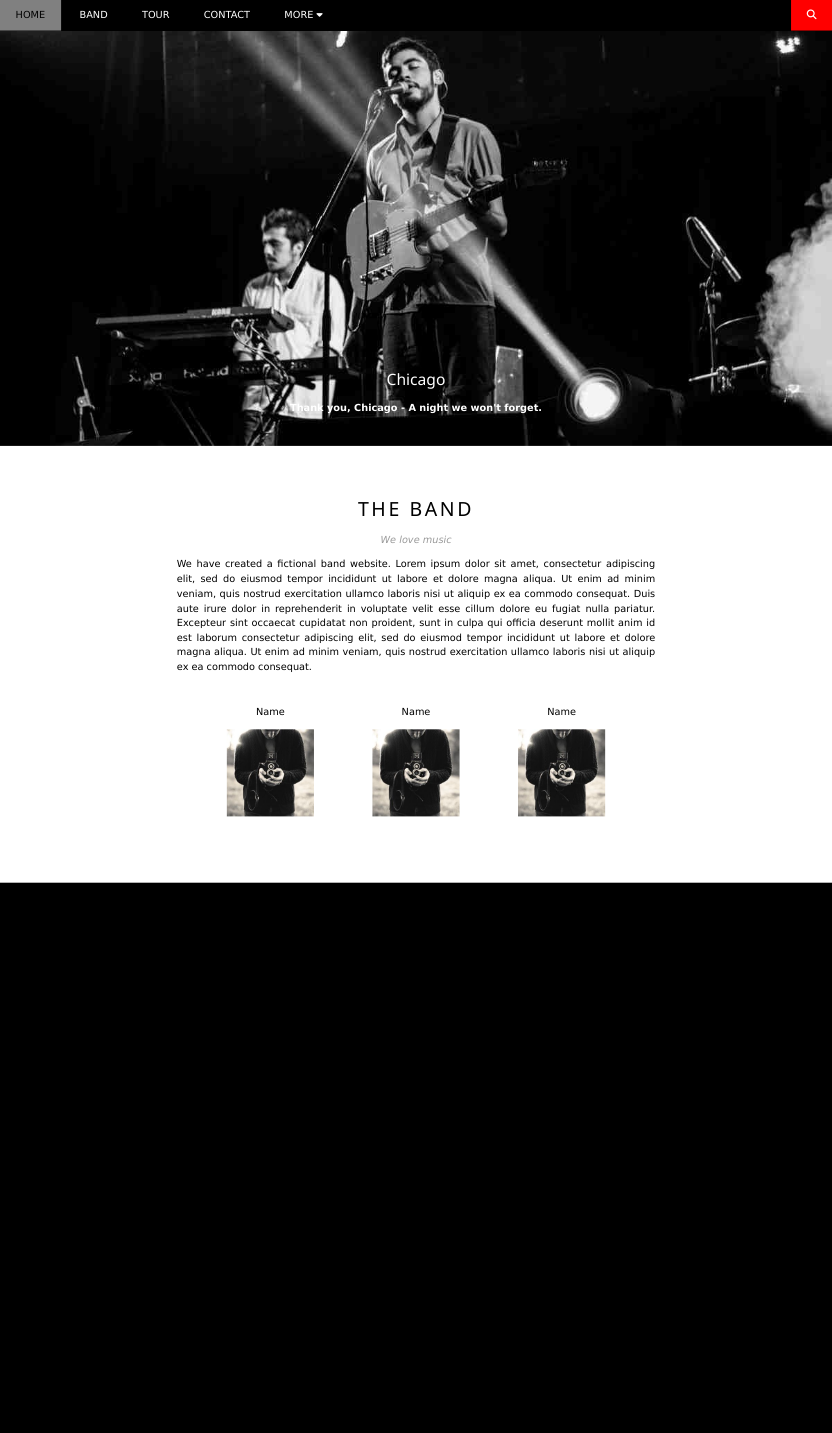
Repository: ngotranphuongbao/theband
Page: index.html
An editor plug-in stored every save of this project. The page is shown before and after the next save, followed by the edit.
The browser window is 1280 px wide. The pictures show the whole page, at 65% of full size.
Some web libraries are served in a nearby version.

Above is the page before, as saved 2022-12-22 02:15:01.

After the next save:
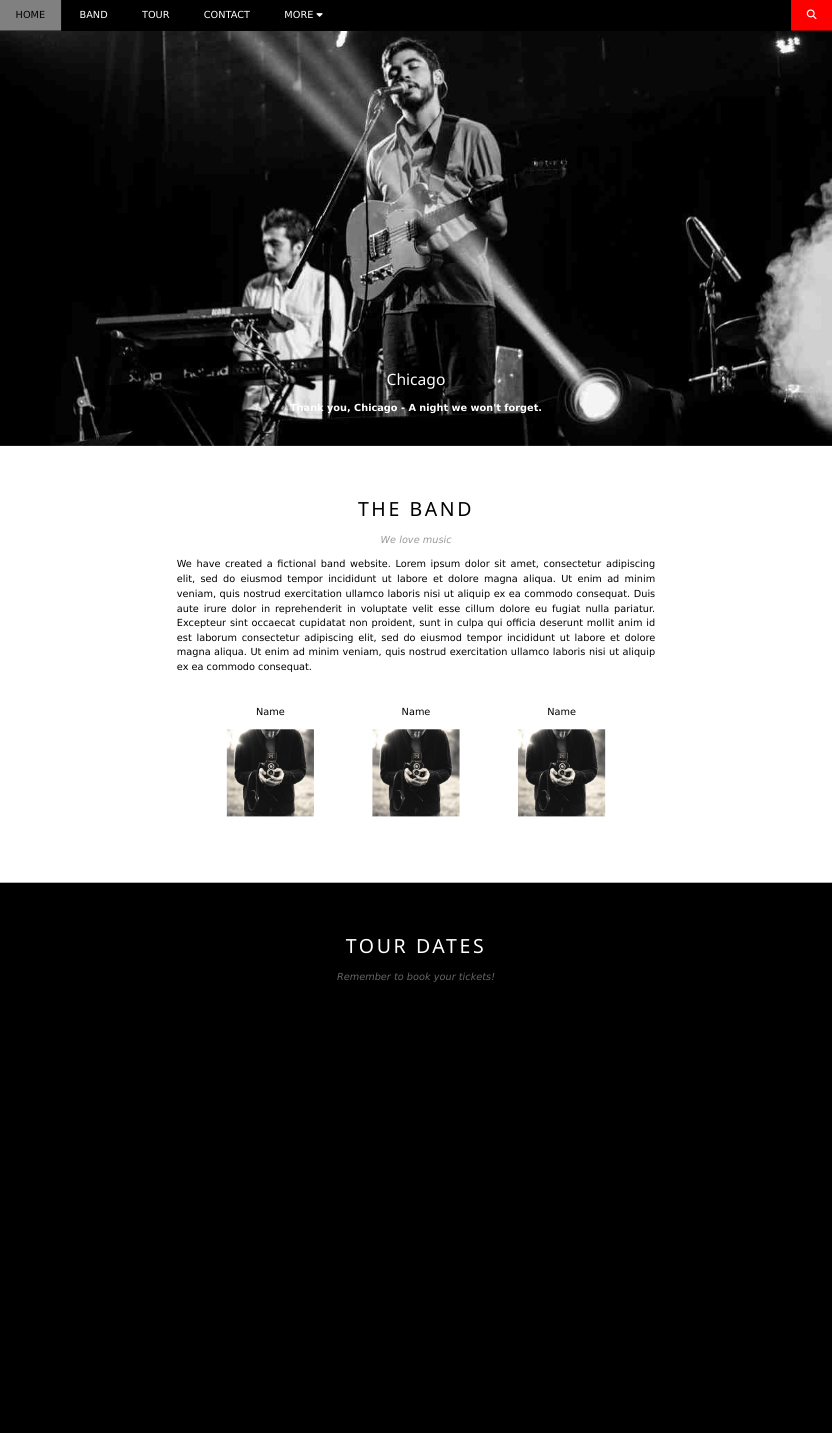
Saved 116 s later.
--- a/assets/css/style.css
+++ b/assets/css/style.css
@@ -186,6 +186,14 @@ html {
     margin: auto;
     padding: 64px 16px;
 }
+
+#tour-dates-main .content-title {
+    color: white;
+}
+
+#tour-dates-main .content-subtitle {
+    color: white;
+}
 #footer {
 
 }
